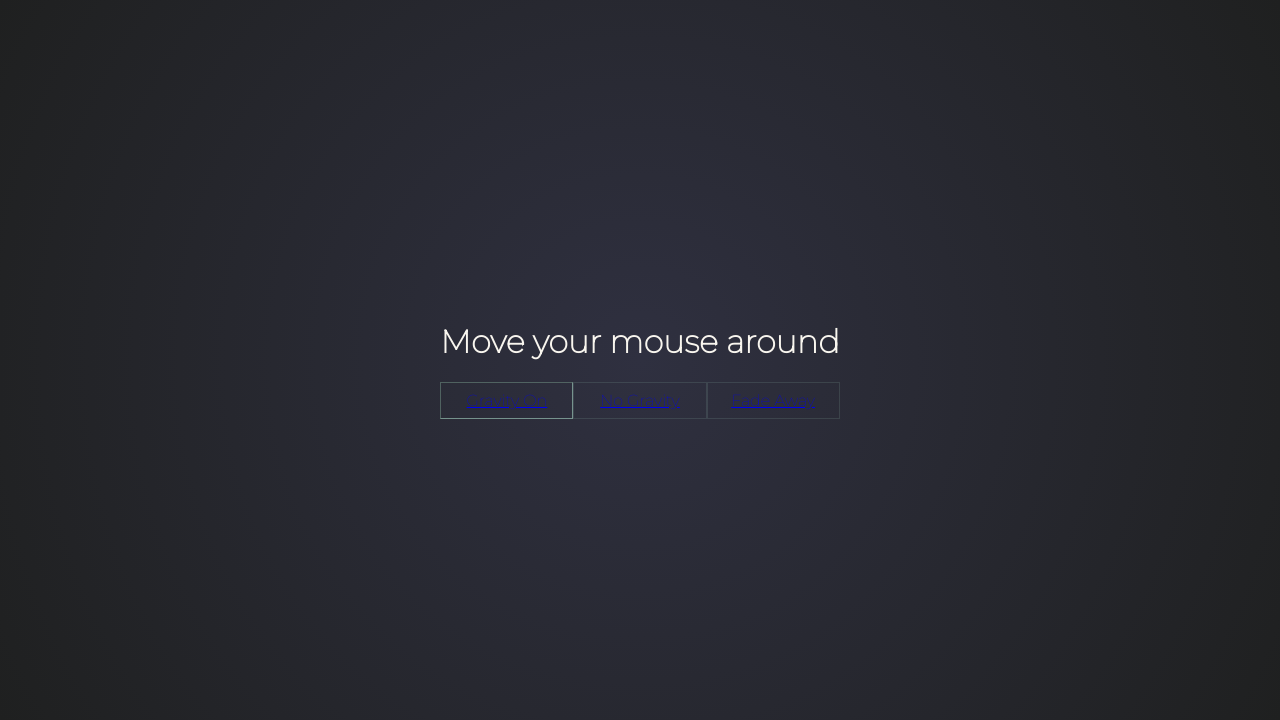
Repository: KHANas02/flowers_02
Page: Новая папка/index.html
The author's editor kept a copy of each file at every save. The page is drawn from the files as they stood at one save, then again after a run of saves.
The browser window is 1280 px wide. The pictures show the whole page.

Above is the page before, as saved 2024-02-18 12:21:46.

### Новая папка/index.html
<!DOCTYPE html>
<html lang="en">
<head>
    <meta charset="UTF-8">
    <meta name="viewport" content="width=device-width, initial-scale=1.0">
    <title>Document</title>
    <link rel="stylesheet" href="./style.css">
</head>
<body>

<h1>Move your mouse around</h1>
<div class="chooser">
  <input id="r1" type="radio" checked="" value="1" name="trailside"/>
  <label for="r1"><a href="https://www.google.com/search?q=youtube&oq=&gs_lcrp=EgZjaHJvbWUqCQgCECMYJxjqAjIJCAAQIxgnGOoCMgkIARAjGCcY6gIyCQgCECMYJxjqAjIJCAMQIxgnGOoCMgkIBBAjGCcY6gIyCQgFECMYJxjqAjIJCAYQIxgnGOoCMgkIBxAjGCcY6gLSAQkyMTU5ajBqMTWoAgiwAgE&sourceid=chrome&ie=UTF-8" target="_blank" >Gravity On</a></label>
  <input id="r2" type="radio" value="-1" name="trailside"/>
  <label for="r2"><a href="https://www.google.com/search?q=youtube&oq=&gs_lcrp=EgZjaHJvbWUqCQgCECMYJxjqAjIJCAAQIxgnGOoCMgkIARAjGCcY6gIyCQgCECMYJxjqAjIJCAMQIxgnGOoCMgkIBBAjGCcY6gIyCQgFECMYJxjqAjIJCAYQIxgnGOoCMgkIBxAjGCcY6gLSAQkyMTU5ajBqMTWoAgiwAgE&sourceid=chrome&ie=UTF-8" target="_blank" >No Gravity</a></label>
  <input id="r3" type="radio" value="0" name="trailside"/>
  <label for="r3"><a href="https://www.google.com/search?q=youtube&oq=&gs_lcrp=EgZjaHJvbWUqCQgCECMYJxjqAjIJCAAQIxgnGOoCMgkIARAjGCcY6gIyCQgCECMYJxjqAjIJCAMQIxgnGOoCMgkIBBAjGCcY6gIyCQgFECMYJxjqAjIJCAYQIxgnGOoCMgkIBxAjGCcY6gLSAQkyMTU5ajBqMTWoAgiwAgE&sourceid=chrome&ie=UTF-8" target="_blank">Fade Away</a></label>
</div>
</body>
</html>

### Новая папка/style.css
@import url('https://fonts.googleapis.com/css2?family=Montserrat:wght@100&display=swap');
.star {
  transform-style: preserve-3d;
  width: 1px;
  height: 1px;
  position: absolute;
  color: red;
  pointer-events: none;
}
.star:before {
  position: absolute;
  content: '\2726';
  color: inherit;
  inset: 0;
  box-shadow: 0 0 1em .5em #a3c2;
  filter: drop-shadow(0 0 .5em white);
  text-shadow: 0 0 1em #fff5;
}
body {
  margin: 0;
  min-height: 100vh;
  font-family: 'Montserrat', sans-serif;
  color: #F9F6EF;
  display: grid;
  place-content: center;
  background-image:
    radial-gradient(
    circle at 50% 50%,
      #2f3040,
      #1f2020
    );
}
.chooser {
  display: grid;
  grid-template-columns: 1fr 1fr 1fr;
  label{
    text-align: center;
    transition: .4s ease;
    border: 1px solid #AEE1CD20;
    padding: .5em 1em;
    cursor: pointer;
  }
  input[type='radio'] {
    display: none;
    &:checked + label {
      color: #FFE681;
      border: 1px inset #AEE1CD90;
    }
    &:not(:checked) + label {
        &:hover{
        color: #D1CDDA;
        box-shadow: inset 1px 1px #F9F6EF40;
        background-color: #1f202050;
      }
      &:active {
        box-shadow: inset -1px -1px #F9F6EF40;
      }
    }
  }
}
a{
color: ;


}

After the next 2 saves:
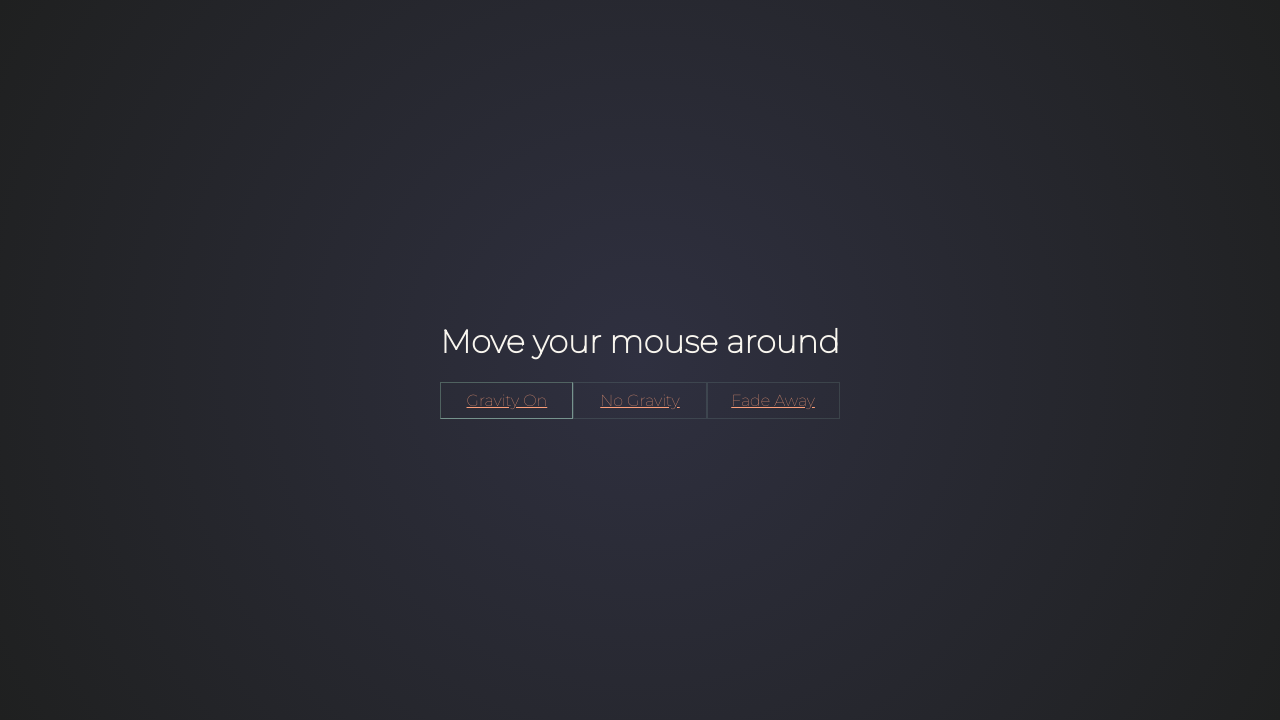
The 2 saves are shown as one change because they came seconds apart.
The last was saved 8 s later.
--- a/Новая папка/style.css
+++ b/Новая папка/style.css
@@ -59,7 +59,7 @@ body {
   }
 }
 a{
-color: ;
+color: lightsalmon;
 
 
 }
